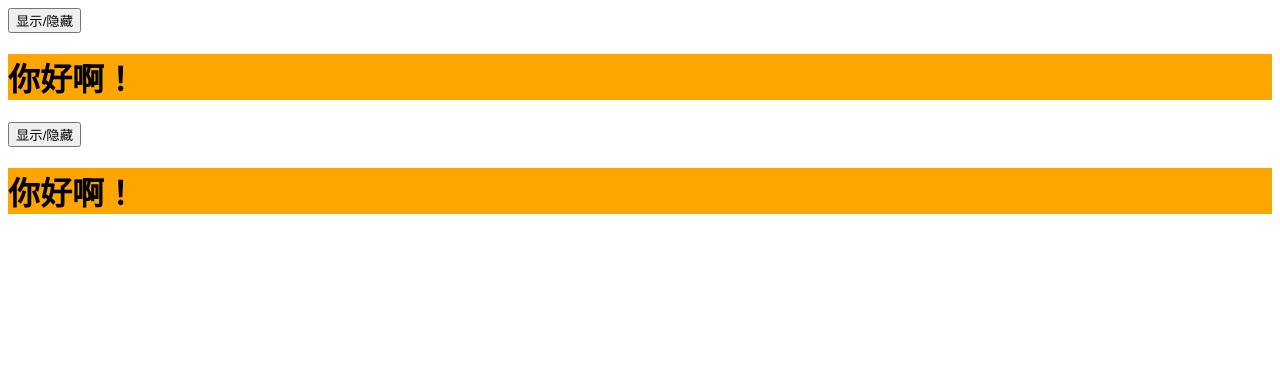
Repository: 13067902180/vue2.0study
Page: /
The author's editor kept a copy of each file at every save. The page is drawn from the files as they stood at one save, then again after the next save.
The browser window is 1280 px wide. The pictures show the whole page.
The project was rebuilt for these pictures with package versions that can differ from the ones it lists, and the page was loaded fresh each time. Also part of the build but not shown: vue.config.js.

Above is the page before, as saved 2023-02-24 14:18:51.

After the next save:
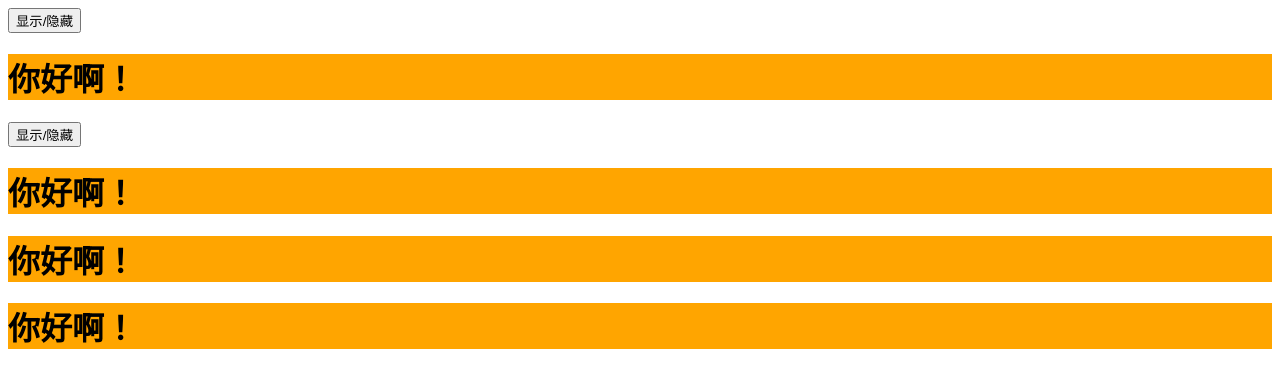
Saved 97 s later.
--- a/src/components/Test2.vue
+++ b/src/components/Test2.vue
@@ -5,6 +5,10 @@
     <transition name="hello" :appear="true">
       <h1 v-show="isShow">你好啊！</h1>
     </transition>
+    <transition-group name="hello" :appear="true">
+      <h1 v-show="isShow" key="1">你好啊！</h1>
+      <h1 v-show="isShow" key="2">你好啊！</h1>
+    </transition-group>
   </div>
 </template>
 
